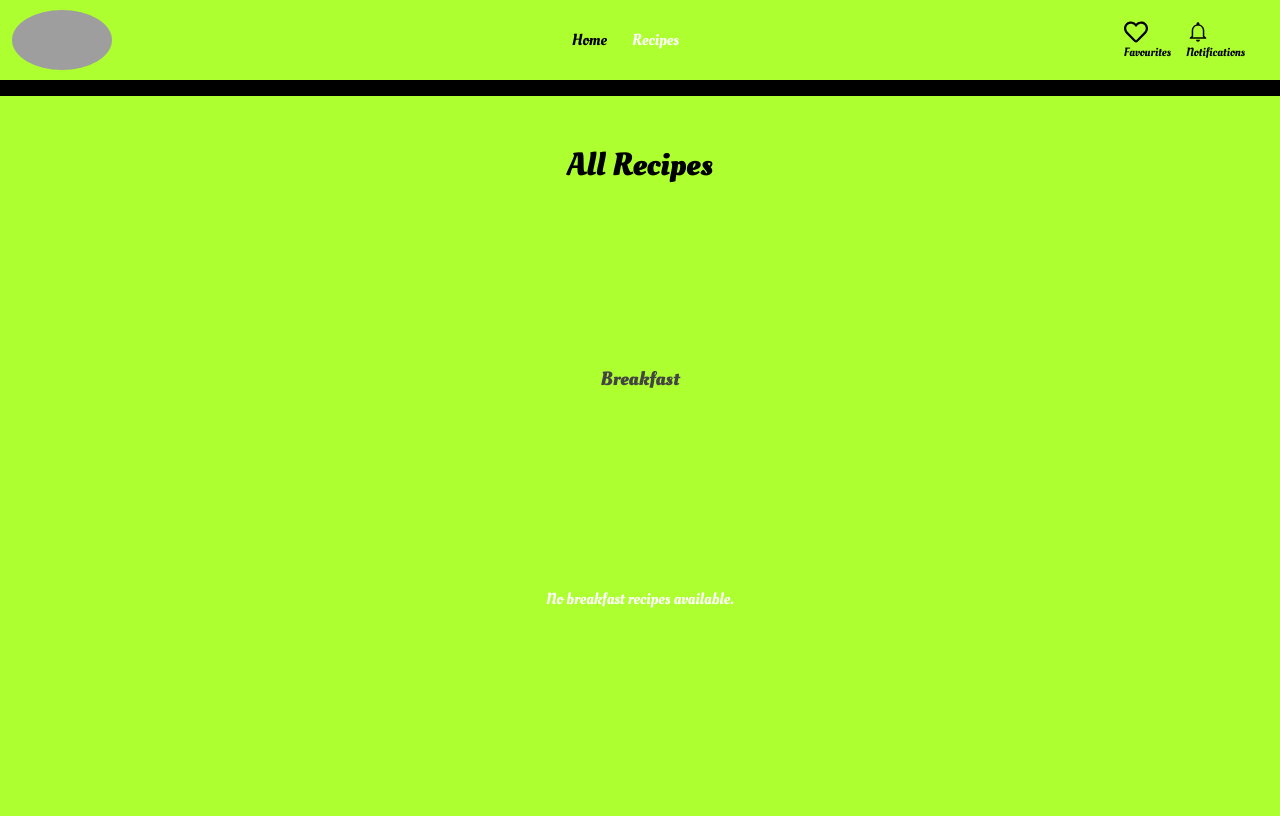
Repository: KaraboM20/foodify-app-project-by-MmakoKay
Page: /recipes
The author's editor kept a copy of each file at every save. The page is drawn from the files as they stood at one save, then again after a run of saves.
The browser window is 1280 px wide. The pictures show the whole page.
Pictures or frames that could not be fetched are drawn as grey boxes. The page's requests for data from a server got no answer. The project was rebuilt for these pictures with package versions that can differ from the ones it lists, and the page was loaded fresh each time. No one was signed in, and anything a server would have sent is missing. Also part of the build but not shown: src/Pages/Home.css, src/Pages/RecipeLists.css, src/Pages/RecipeLists.js, src/components/Searchbox.css, src/components/Searchbox.js, src/Pages/Home.js, src/Pages/Favourites.css, src/Pages/Favourites.js and 4 more.

Above is the page before, as saved 2025-03-16 19:29:51.

After the next 2 saves:
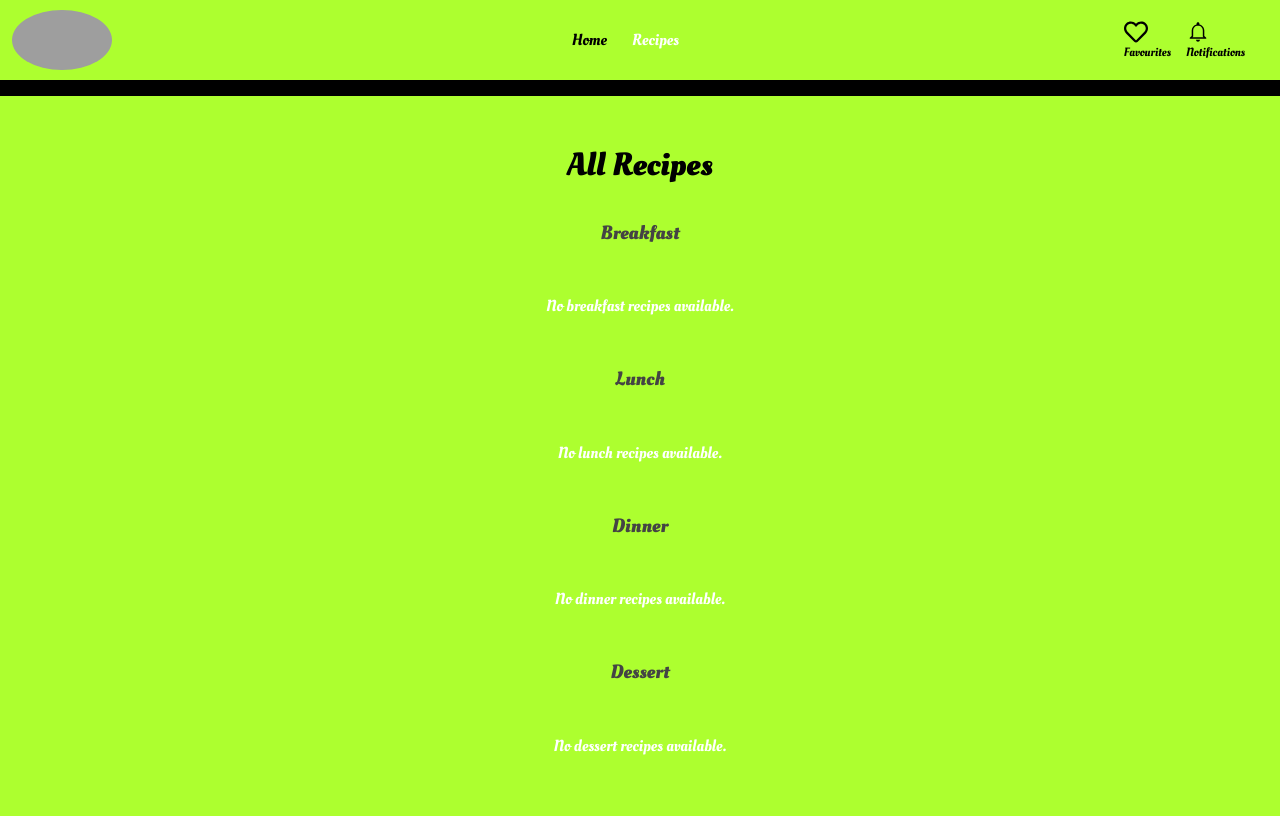
The 2 saves are shown as one change because they came seconds apart.
The last was saved 79 s later.
--- a/src/Pages/Recipes.js
+++ b/src/Pages/Recipes.js
@@ -5,7 +5,7 @@ import "./Recipes.css";
 import { FaRegHeart } from 'react-icons/fa';
 
 const Recipes = () => {
-  const [allRecipes, setAllRecipes] = useState([]);
+  const [allRecipes, setAllRecipes] = useState([]); // Local state for all recipes
   const [groupedRecipes, setGroupedRecipes] = useState({
     breakfast: [],
     lunch: [],
@@ -13,20 +13,22 @@ const Recipes = () => {
     dessert: [],
   });
 
+  // Fetch all recipes on mount
   useEffect(() => {
     const loadRecipes = async () => {
       try {
-        const data = await fetchRecipes(""); // Fetch all recipes
-        console.log("Fetched recipes:", data); // Debug the data
-        setAllRecipes(data);
+        const data = await fetchRecipes(""); // Fetch all recipes, no category filter
+        console.log("All recipes loaded:", data);
+        setAllRecipes(data); // Store in local state
       } catch (error) {
         console.error("Error loading recipes:", error);
       }
     };
 
     loadRecipes();
-  }, []);
+  }, []); // Empty deps—runs once on mount
 
+  // Group recipes by category whenever allRecipes changes
   useEffect(() => {
     if (allRecipes.length > 0) {
       const grouped = {
@@ -57,6 +59,7 @@ const Recipes = () => {
   return (
     <div className="recipes-container">
       <h2>All Recipes</h2>
+
       {/* Breakfast Section */}
       <h3>Breakfast</h3>
       <div className="recipes-list">
@@ -64,6 +67,29 @@ const Recipes = () => {
           <p>No breakfast recipes available.</p>
         ) : (
           groupedRecipes.breakfast.map((recipe) => (
+            <div key={recipe._id} className="recipes-card"> {/* Changed to _id */}
+              <img src={recipe.image} alt={recipe.name} className="recipe-image" />
+              <h3>{recipe.name}</h3>
+              <span className="recipe-icons">
+                <Link to={`/recipe/${recipe._id}`}> {/* Changed to _id */}
+                  <button className="recipe-link">View Details</button>
+                </Link>
+                <Link to='/favourites' className="recipe-icon">
+                  <FaRegHeart />
+                </Link>
+              </span>
+            </div>
+          ))
+        )}
+      </div>
+
+      {/* Lunch Section */}
+      <h3>Lunch</h3>
+      <div className="recipes-list">
+        {groupedRecipes.lunch.length === 0 ? (
+          <p>No lunch recipes available.</p>
+        ) : (
+          groupedRecipes.lunch.map((recipe) => (
             <div key={recipe._id} className="recipes-card">
               <img src={recipe.image} alt={recipe.name} className="recipe-image" />
               <h3>{recipe.name}</h3>
@@ -79,8 +105,52 @@ const Recipes = () => {
           ))
         )}
       </div>
-      {/* Repeat for lunch, dinner, dessert sections */}
-      {/* ... (keeping your existing code for brevity) */}
+
+      {/* Dinner Section */}
+      <h3>Dinner</h3>
+      <div className="recipes-list">
+        {groupedRecipes.dinner.length === 0 ? (
+          <p>No dinner recipes available.</p>
+        ) : (
+          groupedRecipes.dinner.map((recipe) => (
+            <div key={recipe._id} className="recipes-card">
+              <img src={recipe.image} alt={recipe.name} className="recipe-image" />
+              <h3>{recipe.name}</h3>
+              <span className="recipe-icons">
+                <Link to={`/recipe/${recipe._id}`}>
+                  <button className="recipe-link">View Details</button>
+                </Link>
+                <Link to='/favourites' className="recipe-icon">
+                  <FaRegHeart />
+                </Link>
+              </span>
+            </div>
+          ))
+        )}
+      </div>
+
+      {/* Dessert Section */}
+      <h3>Dessert</h3>
+      <div className="recipes-list">
+        {groupedRecipes.dessert.length === 0 ? (
+          <p>No dessert recipes available.</p>
+        ) : (
+          groupedRecipes.dessert.map((recipe) => (
+            <div key={recipe._id} className="recipes-card">
+              <img src={recipe.image} alt={recipe.name} className="recipe-image" />
+              <h3>{recipe.name}</h3>
+              <span className="recipe-icons">
+                <Link to={`/recipe/${recipe._id}`}>
+                  <button className="recipe-link">View Details</button>
+                </Link>
+                <Link to='/favourites' className="recipe-icon">
+                  <FaRegHeart />
+                </Link>
+              </span>
+            </div>
+          ))
+        )}
+      </div>
     </div>
   );
 };
